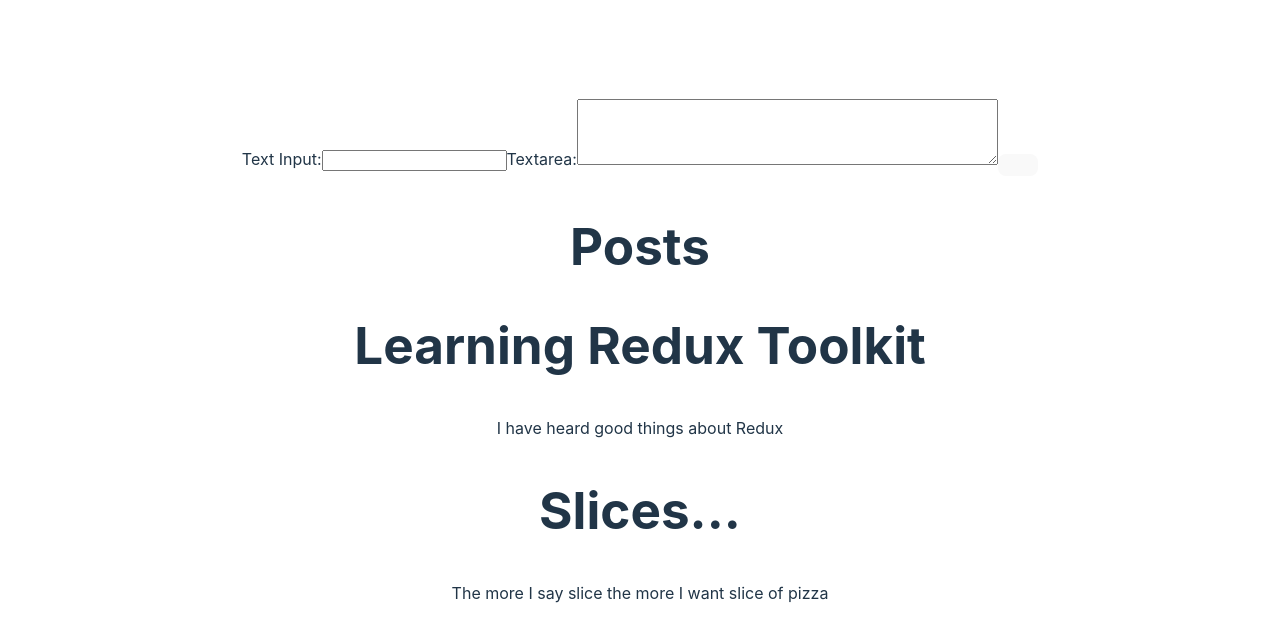
Repository: Nurlan-Bakenbaev/lesson2Redux-toolkit
Page: /
The author's editor kept a copy of each file at every save. The page is drawn from the files as they stood at one save, then again after a run of saves.
The browser window is 1280 px wide. The pictures show the whole page.
The project was rebuilt for these pictures with package versions that can differ from the ones it lists, and the page was loaded fresh each time. Also part of the build but not shown: vite.config.js.

Above is the page before, as saved 2023-11-04 16:11:20.

### src/main.jsx
import React from "react";
import ReactDOM from "react-dom/client";
import App from "./App.jsx";
import "./index.css";
import store from "./redux/store.js";
import { Provider } from "react-redux";

ReactDOM.createRoot(document.getElementById("root")).render(
  <React.StrictMode>
    <Provider store={store}>
      <App />
    </Provider>
  </React.StrictMode>
);

### src/App.jsx
import "./App.css";
import AddPosts from "./redux/features/posts/Addposts";
import PostsList from "./redux/features/posts/PostsList";

function App() {
  return (
    <>
      <AddPosts />
      <PostsList />
    </>
  );
}

export default App;

### src/redux/store.js
import { configureStore } from "@reduxjs/toolkit";
import postsReducer from "./features/posts/postsSlice";
const store = configureStore({
  reducer: {
    posts: postsReducer,
  },
});
export default store;

### src/redux/features/posts/Addposts.jsx
import { nanoid } from "@reduxjs/toolkit";
import React, { useState } from "react";
import { useDispatch } from "react-redux";
import { postAdded } from "./postsSlice";

const AddPosts = () => {
  const [post, setPost] = useState({
    title: "",
    content: "",
  });

  const handleInputChange = (e) => {
    const { name, value } = e.target;
    setPost({
      ...post,
      [name]: value,
    });
  };
  const dispatch = useDispatch();
  const onSavePostClicked = () => {
    if (post.title && post.content) {
      dispatch(postAdded({ id: nanoid(), ...post }));
      setPost({ title: "", content: "" });
    }
  };

  return (
    <form>
      <label htmlFor="text-input">Text Input:</label>
      <input
        type="text"
        id="text-input"
        value={post.title}
        name="title"
        onChange={handleInputChange}
      />

      <label htmlFor="textarea-input">Textarea:</label>
      <textarea
        id="textarea-input"
        rows="4"
        cols="50"
        value={post.content}
        name="content" // Added the name attribute
        onChange={handleInputChange} // Changed the event handler to call handleInputChange
      ></textarea>
      <button type="button" onClick={onSavePostClicked}></button>
    </form>
  );
};

export default AddPosts;

### src/redux/features/posts/PostsList.jsx
import { useSelector } from "react-redux";
import { selectAllposts } from "./postsSlice";

const PostsList = () => {
  const posts = useSelector(selectAllposts);
  return (
    <div>
      <section>
        <h1>Posts</h1>
        {posts.map((post) => (
          <div key={post.id}>
            <h1>{post.title}</h1>
            <p>{post.content} </p>
          </div>
        ))}
      </section>
    </div>
  );
};

export default PostsList;

### src/redux/features/posts/postsSlice.js
import { createSlice } from "@reduxjs/toolkit";
const initialState = [
  {
    id: "1",
    title: "Learning Redux Toolkit",
    content: "I have heard good things about Redux",
  },
  {
    id: "2",
    title: "Slices...",
    content: "The more I say slice the more I want slice of pizza",
  },
];
const postsSlice = createSlice({
  name: "posts",
  initialState,
  reducers: {
    postAdded(state, action) {
      state.push(action.payload);
    },
  },
});
export const { postAdded } = postsSlice.actions;
export const selectAllposts = (state) => state.posts;
export default postsSlice.reducer;

Loaded but not shown: index.html (common file); src/index.css (common file); src/App.css (common file)

After the next 7 saves:
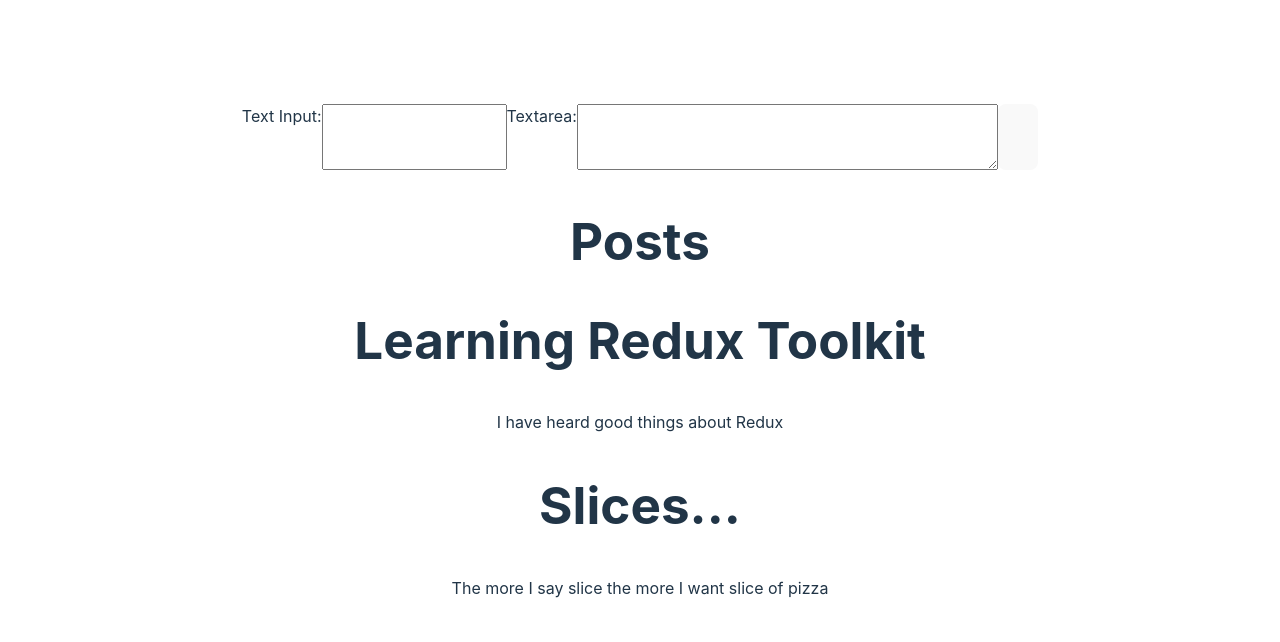
The 7 saves are shown as one change because they came seconds apart.
The last was saved 36 s later.
--- a/src/redux/features/posts/Addposts.jsx
+++ b/src/redux/features/posts/Addposts.jsx
@@ -25,7 +25,7 @@
   };
 
   return (
-    <form>
+    <form style={{display:'flex',}}>
       <label htmlFor="text-input">Text Input:</label>
       <input
         type="text"
